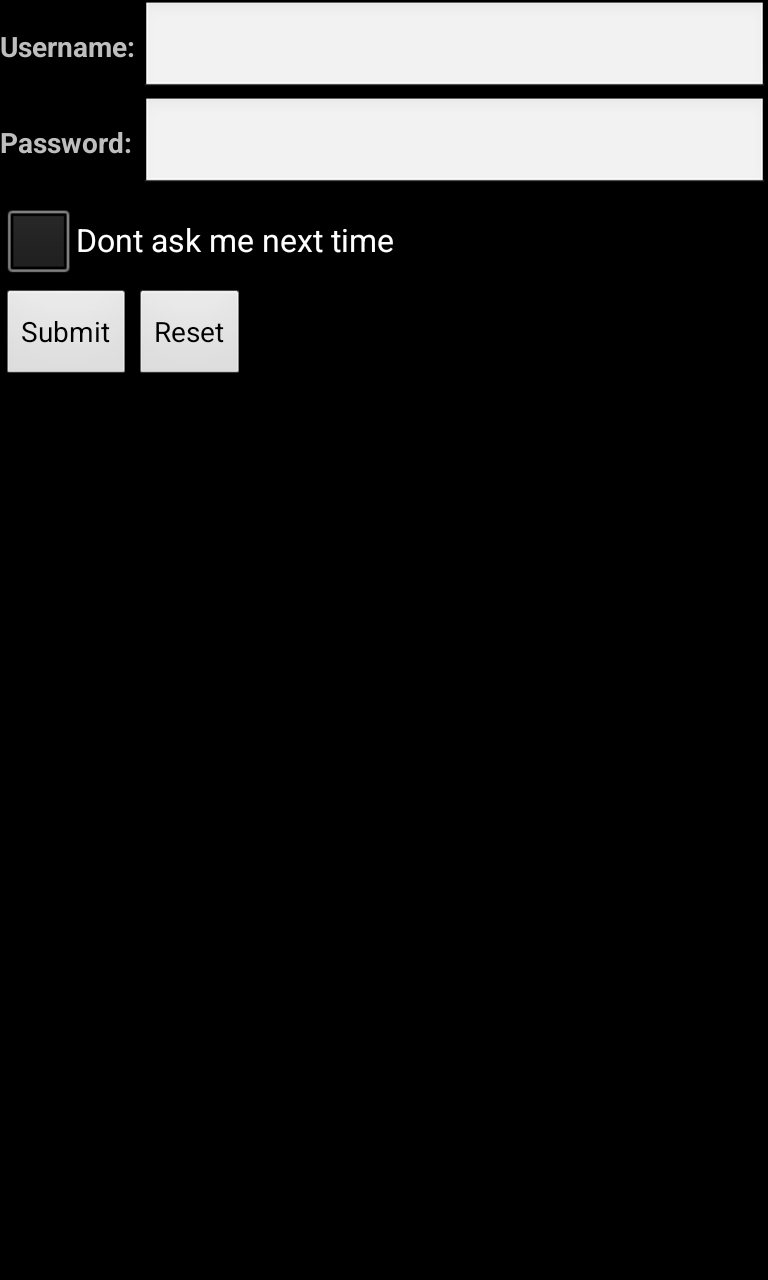
Repository: World-Three-Technologies/Masxaro-Prototype
Layout: Android/W3T/res/layout/main_login.xml
An editor plug-in stored every save of this project. The layout is shown before and after the next save, followed by the edit.
It is drawn on a 768 x 1280 px phone screen (xhdpi) without system bars, with theme android:Theme; the app's code is not run.

Above is the layout before, as saved 2011-06-03 08:21:55.

### Android/W3T/res/layout/main_login.xml
<?xml version="1.0" encoding="utf-8"?>
<LinearLayout xmlns:android="http://schemas.android.com/apk/res/android"
    android:layout_width="fill_parent"
    android:layout_height="fill_parent"
    android:orientation="vertical"
>
	<LinearLayout android:orientation="vertical"
		android:layout_width="fill_parent" android:layout_height="wrap_content"
	>
		<TableLayout android:layout_width="fill_parent"
		    android:layout_height="fill_parent"
		    android:stretchColumns="1"
		    android:shrinkColumns="0"
	    >
			<TableRow>
				<TextView android:text="@string/main_label_user"
					android:textStyle="bold"
					android:gravity="left"
					android:paddingRight="3dip"
				/>
				<EditText android:id="@+id/username"
		    		android:layout_height="wrap_content"
				/>
			</TableRow>

		    <TableRow>
				<TextView android:text="@string/main_label_password"
					android:textStyle="bold"
					android:gravity="left"
					android:paddingRight="3dip"
				/>
				<EditText android:id="@+id/password"
		    		android:layout_height="wrap_content"
		    		android:inputType="textPassword"
				/>
			</TableRow>
		</TableLayout>
	</LinearLayout>

    <CheckBox android:id="@+id/keep_login_box"
		android:text="@string/keep_login_label"
		android:layout_height="wrap_content" android:layout_width="fill_parent"
		android:layout_gravity="left"
	/>


	<LinearLayout android:orientation="horizontal"
		android:layout_width="fill_parent" android:layout_height="wrap_content"
		android:gravity="fill_horizontal"
	>
		<Button android:text="Submit"
			android:id="@+id/submit_button"
			android:layout_height="wrap_content" android:layout_width="wrap_content"
		/>
	    <Button android:text="Reset"
			android:id="@+id/reset_button"
			android:layout_height="wrap_content" android:layout_width="wrap_content"
		/>
	</LinearLayout>

</LinearLayout>

### Android/W3T/res/values/strings.xml
<?xml version="1.0" encoding="utf-8"?>
<resources>
    <string name="app_name">W3T_app</string>
    <string name="main_label_user">Username:</string>
    <string name="main_label_password">Password:</string>
    <string name="main_button_submit">Submit</string>
    <string name="main_button_cancel">Cancel</string>
    <string name="user_info">User</string>
    <string name="receipt_info">Receipt</string>
    <string name="nfc">nfc_view</string>
    <string name="user_info_name_label">Name:</string>
    <string name="user_info_account_name_label">Account Name:</string>
    <string name="receipt_info_sort_label">Sort By:</string>
    <string name="receipt_info_total_label">Total:</string>
    <string name="receipt_info_store_name_label">Store Name:</string>
    <string name="receipt_info_date_label">Date:</string>
    <string name="receipt_info_id_label">Receipt ID:</string>
    <string name="receipt_info_list_label">Select a receipt:</string>
    <string name="NFC_text">NFC Communicating</string>
    <string name="keep_login_label">Dont ask me next time</string>
    <string name="configuration">Settings</string>
</resources>

After the next save:
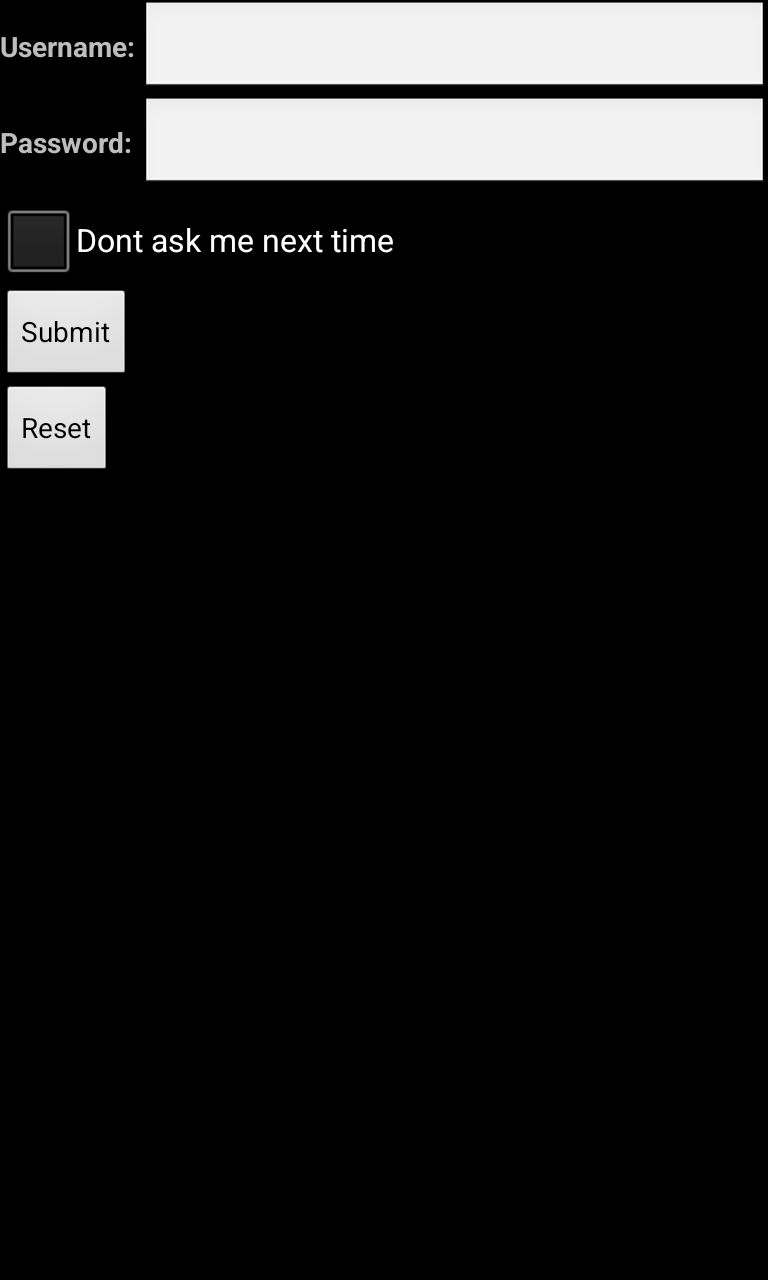
Saved 20 s later.
--- a/Android/W3T/res/layout/main_login.xml
+++ b/Android/W3T/res/layout/main_login.xml
@@ -44,11 +44,7 @@
 	/>
 
 
-	<LinearLayout android:orientation="horizontal"
-		android:layout_width="fill_parent" android:layout_height="wrap_content"
-		android:gravity="fill_horizontal"
-	>
-		<Button android:text="Submit"
+	<Button android:text="Submit"
 			android:id="@+id/submit_button"
 			android:layout_height="wrap_content" android:layout_width="wrap_content"
 		/>
@@ -56,6 +52,6 @@
 			android:id="@+id/reset_button"
 			android:layout_height="wrap_content" android:layout_width="wrap_content"
 		/>
-	</LinearLayout>
+
 
 </LinearLayout>
